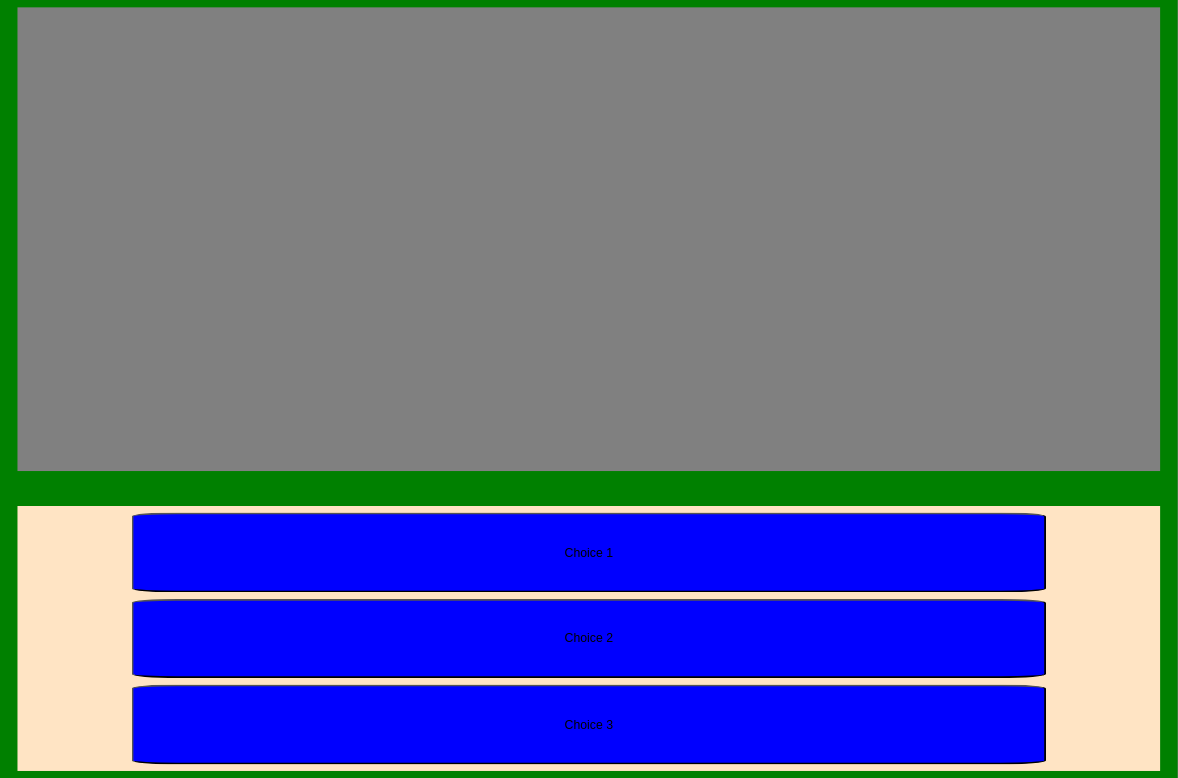
Repository: nguyenlejoe/Dynamic_notSoSherlock
Page: MultiChoice/MultiChoice.html
These files come from the project's save history. The page is drawn as it stood at one moment and after the next save; the edit follows.
The browser window is 1280 px wide. The pictures show the whole page, at 92% of full size.

Above is the page before, as saved 2020-03-05 18:48:00.

After the next save:
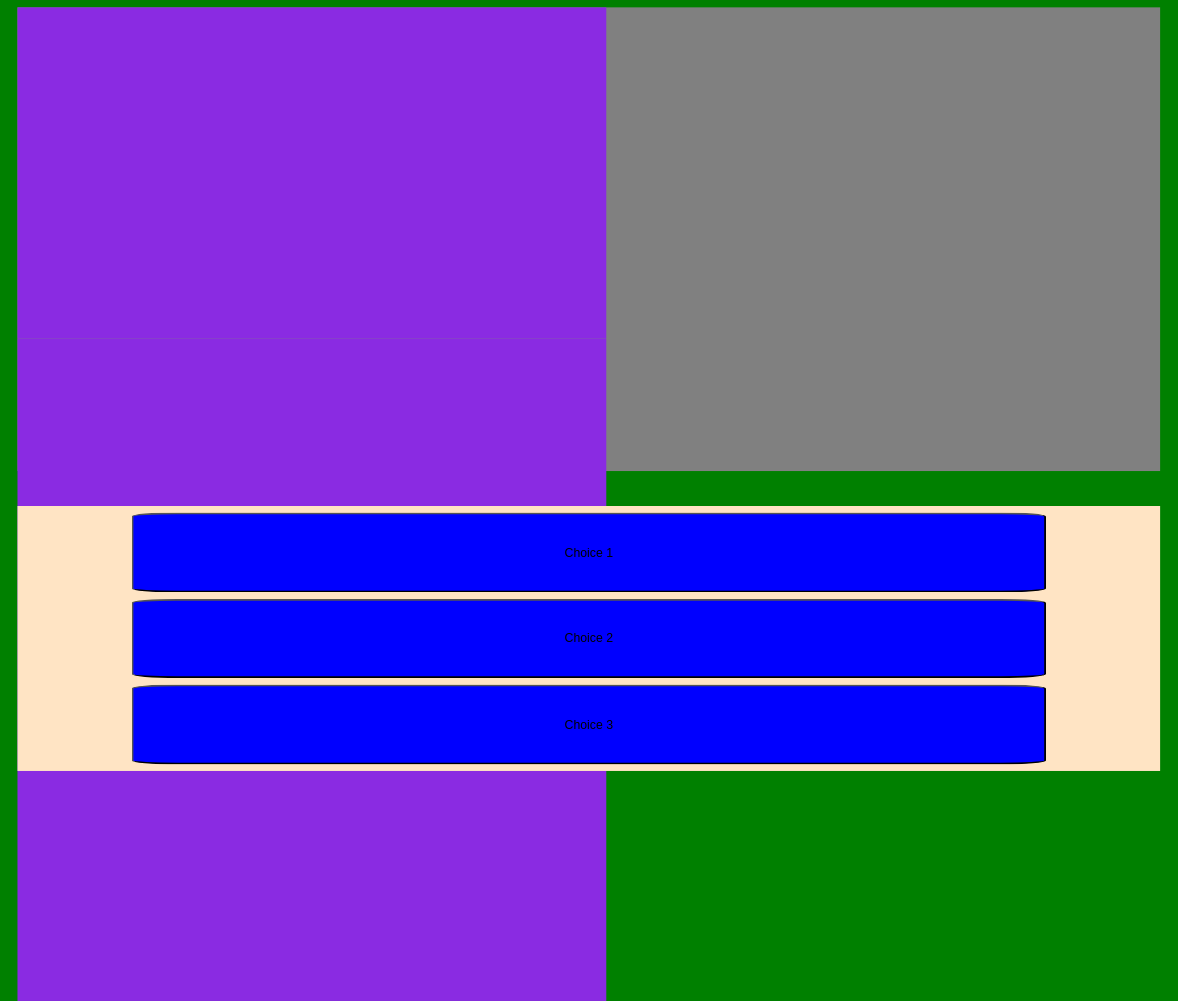
Saved 9 s later.
--- a/MultiChoice/MultiChoice.css
+++ b/MultiChoice/MultiChoice.css
@@ -13,8 +13,7 @@ body{
     width: 97vw;
     background-color: grey;
 }
-
-#evidence{
+.evidence{
     width: 50vw;
     height: 50vh;
     background-color: blueviolet;
